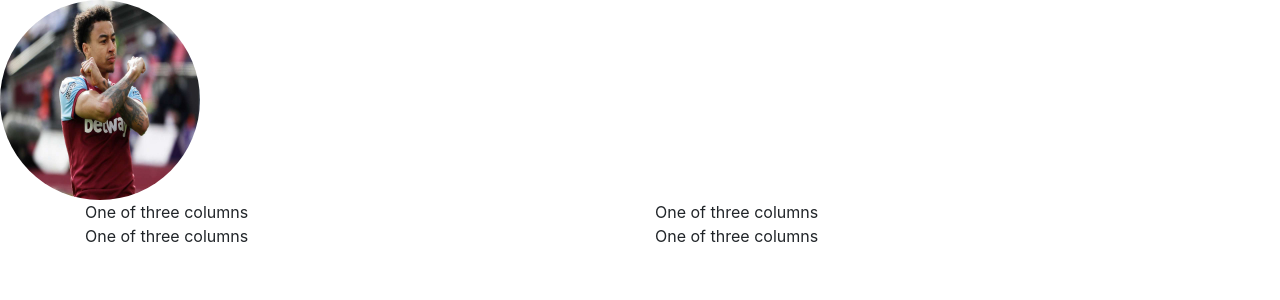
Repository: khoibanh113/mycv
Page: /
The author's editor kept a copy of each file at every save. The page is drawn from the files as they stood at one save, then again after the next save.
The browser window is 1280 px wide. The pictures show the whole page.
The project was rebuilt for these pictures with package versions that can differ from the ones it lists, and the page was loaded fresh each time. Also part of the build but not shown: src/css/contact.css.

Above is the page before, as saved 2021-03-30 14:34:35.

After the next save:
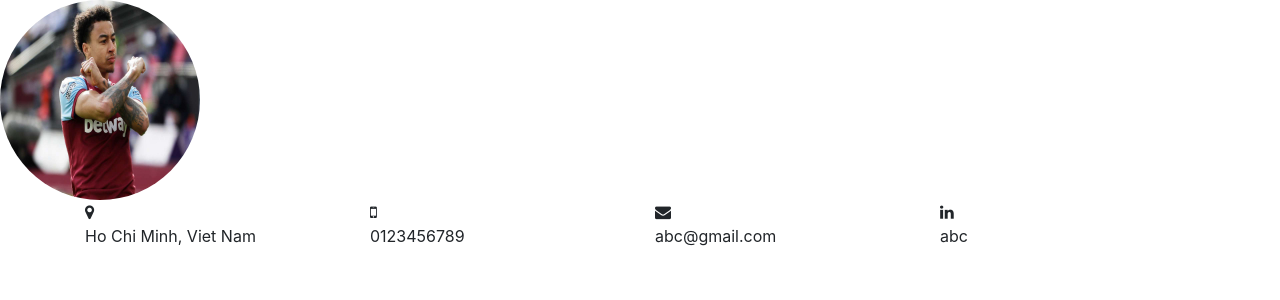
Saved 5 min 10 s later.
--- a/src/component/contact.js
+++ b/src/component/contact.js
@@ -17,24 +17,50 @@
     render(){
         return(
             <div className="container-contact">
-                <div class="container">
-                    <div class="row">
-                        <div class="col-sm">
-                            One of three columns
-                        </div>
-                        <div class="col-sm">
-                            One of three columns
-                        </div>
+            <div class="container">
+                <div class="row">
+                    <div class="col-sm">
+                        <li className="fa fa-map-marker"></li>
                     </div>
-                    <div class="row">
-                        <div class="col-sm">
-                            One of three columns
-                        </div>
-                        <div class="col-sm">
-                            One of three columns
-                        </div>
+                    <div class="col-sm">
+                        <li className="fa fa-mobile" ></li>
+                    </div>
+                    <div class="col-sm">
+                        <li className="fa fa-envelope"></li>
+                    </div>
+                    <div class="col-sm">
+                        <li className="fa fa-linkedin"></li>
                     </div>
                 </div>
+                <div class="row">
+                    <div class="col-sm">
+                        <span>{this.location}</span>
+                    </div>
+                    <div class="col-sm">
+                        <span>{this.phone}</span>
+                    </div>
+                    <div class="col-sm">
+                        <span>{this.email}</span>
+                    </div>
+                    <div class="col-sm">
+                        <span>{this.linkedin}</span>
+                    </div>
+                </div>
+            </div>
+                {/* <ul className="address-line">
+                    <li className="fa fa-map-marker">
+                        <span>{this.location}</span>
+                    </li>
+                    <li className="fa fa-mobile" >
+                        <span>{this.phone}</span>
+                    </li>
+                    <li className="fa fa-envelope">
+                        <span>{this.email}</span>
+                    </li>
+                    <li className="fa fa-linkedin">
+                        <a href={this.linkedin} >{this.linkedin}</a>
+                    </li>
+                </ul> */}
             </div>
 
         )
